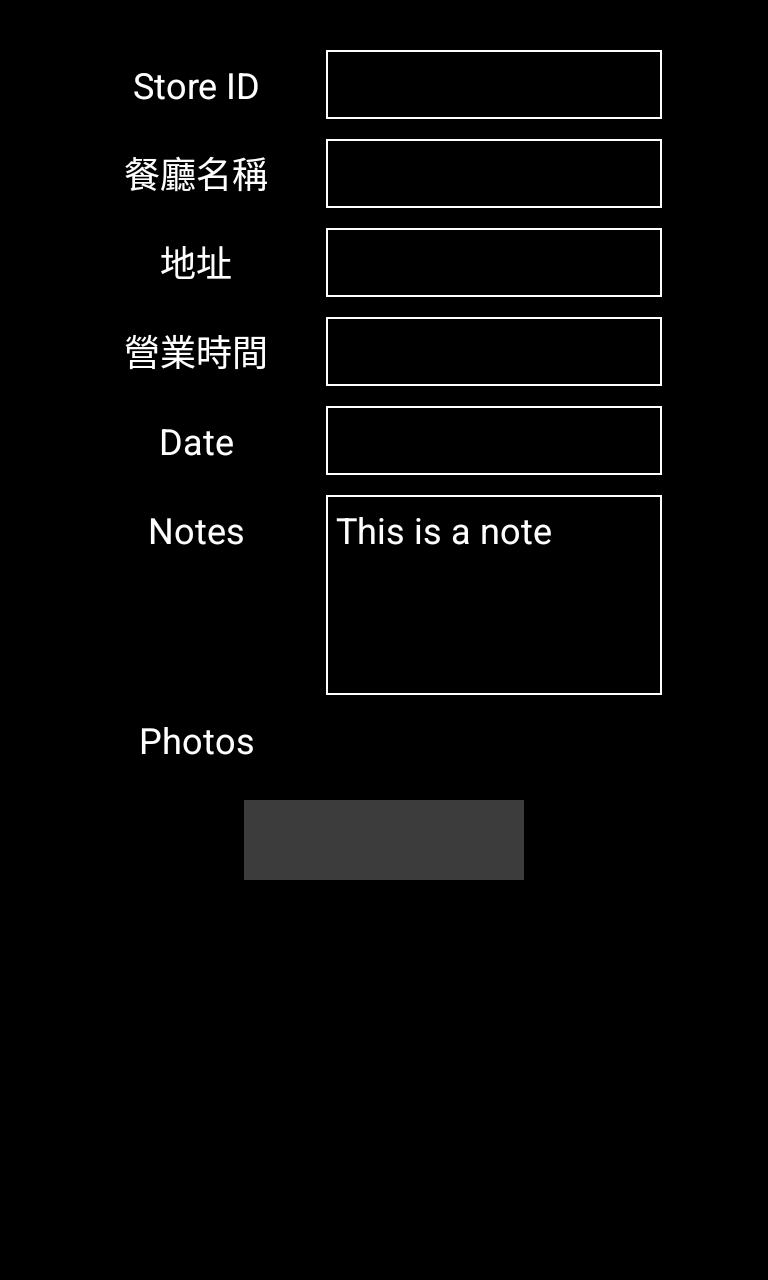
Repository: cnevinc/togather
Layout: GeorgeMe/res/layout/act_invatation.xml
The author's editor kept a copy of each file at every save. The layout is drawn from the files as they stood at one save, then again after the next save.
It is drawn on a 768 x 1280 px phone screen (xhdpi) without system bars, with theme android:Theme.Holo; the app's code is not run.

Above is the layout before, as saved 2014-07-27 00:52:41.

After the next save:
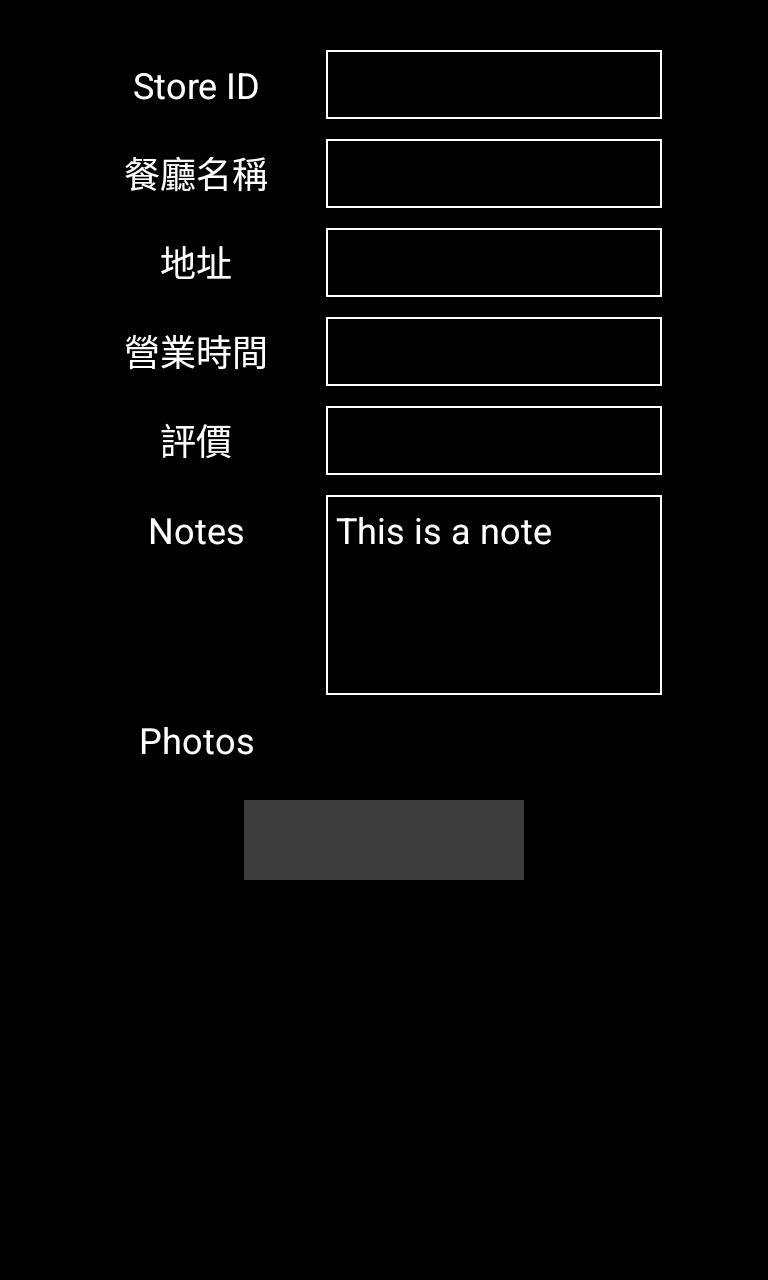
Saved 29 s later.
--- a/GeorgeMe/res/layout/act_invatation.xml
+++ b/GeorgeMe/res/layout/act_invatation.xml
@@ -145,7 +145,7 @@
                         android:layout_width="90dp"
                         android:layout_height="wrap_content"
                         android:gravity="center"
-                        android:text="Date"
+                        android:text="評價"
                         android:textAppearance="?android:attr/textAppearanceMedium"
                         android:textColor="#ffffff" />
 
